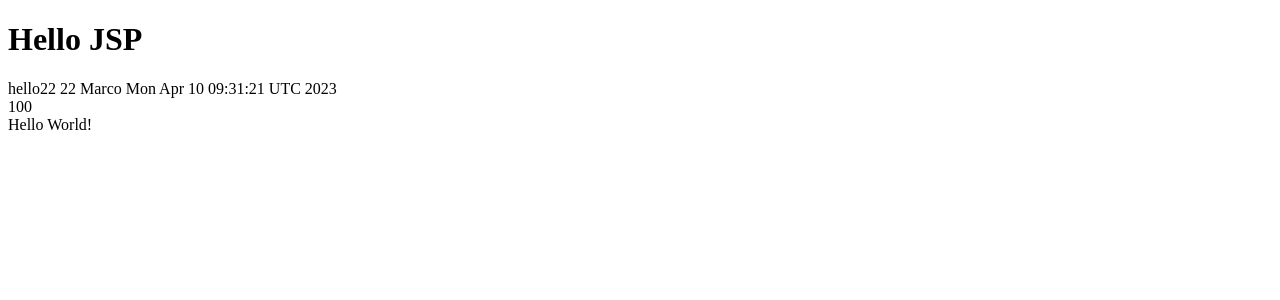
Repository: marcoscheuerer/Java_Enterprise
Page: http://localhost/S01L05_Hello_JSP/HelloJSP.jsp
The author's editor kept a copy of each file at every save. The page is drawn from the files as they stood at one save, then again after the next save.
The browser window is 1280 px wide. The pictures show the whole page.
The page is served by Tomcat 9.

Above is the page before, as saved 2023-04-10 10:00:37.

After the next save:
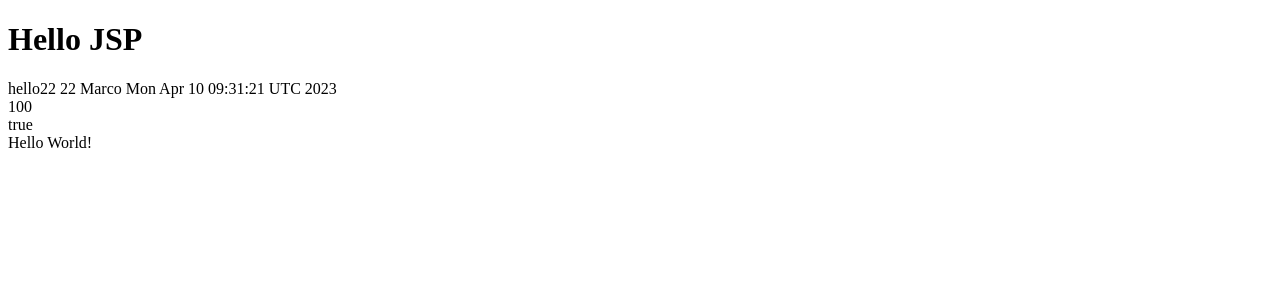
Saved 35 s later.
--- a/S01L05_Hello_JSP/src/main/webapp/HelloJSP.jsp
+++ b/S01L05_Hello_JSP/src/main/webapp/HelloJSP.jsp
@@ -16,6 +16,8 @@
 <br />
 <%= 25 * 4 %>
 <br />
+<%= 25 > 4 %>
+<br />
 <% out.println("Hello World!"); %>
 
 </body>
